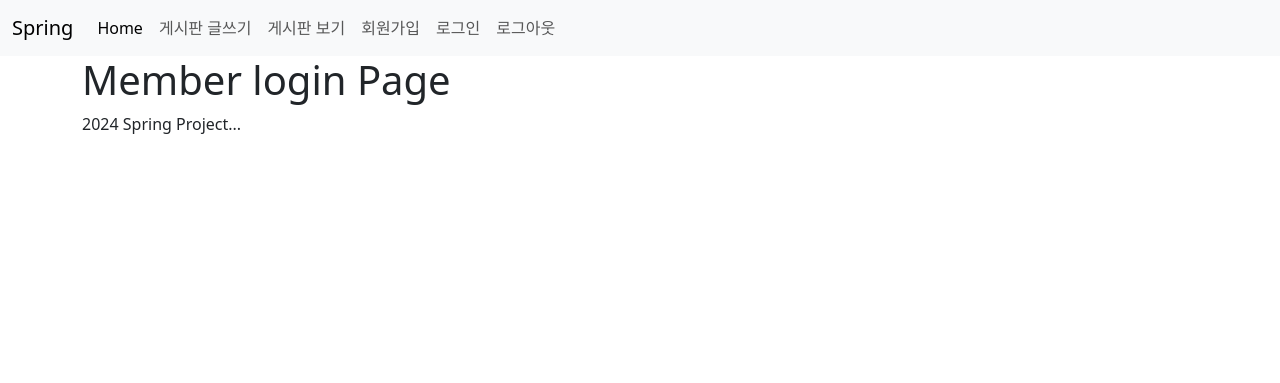
Repository: wanted2001/jsp_project
Page: http://localhost/spring_study/WEB-INF/views/member/login.jsp
An editor plug-in stored every save of this project. The page is shown before and after the next save, followed by the edit.
The browser window is 1280 px wide. The pictures show the whole page.
The page is served by Tomcat 9. Nobody is signed in. The template is opened directly, without the code that normally fills it, so the values that code supplies are empty.

Above is the page before, as saved 2024-04-25 07:43:39.

After the next save:
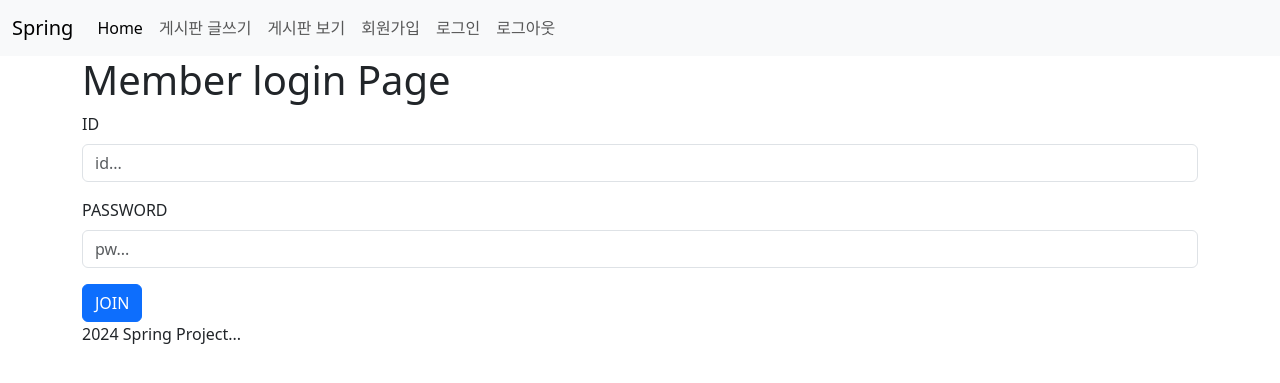
Saved 39 s later.
--- a/spring_study/src/main/webapp/WEB-INF/views/member/login.jsp
+++ b/spring_study/src/main/webapp/WEB-INF/views/member/login.jsp
@@ -3,5 +3,16 @@
 <jsp:include page="../layout/header.jsp" />
 <div class="container-md">
 	<h1>Member login Page</h1>
+	<form action="/member/login" method="post">
+		<div class="mb-3">
+	  		<label for="i" class="form-label">ID</label>
+	  		<input type="text" class="form-control" name="id" id="i" placeholder="id...">
+		</div>
+		<div class="mb-3">
+	  		<label for="p" class="form-label">PASSWORD</label>
+	  		<input type="password" class="form-control" name="pw" id="p" placeholder="pw...">
+		</div>
+		<button type="submit" class="btn btn-primary">JOIN</button>
+	</form>
 </div>
 <jsp:include page="../layout/footer.jsp" />
